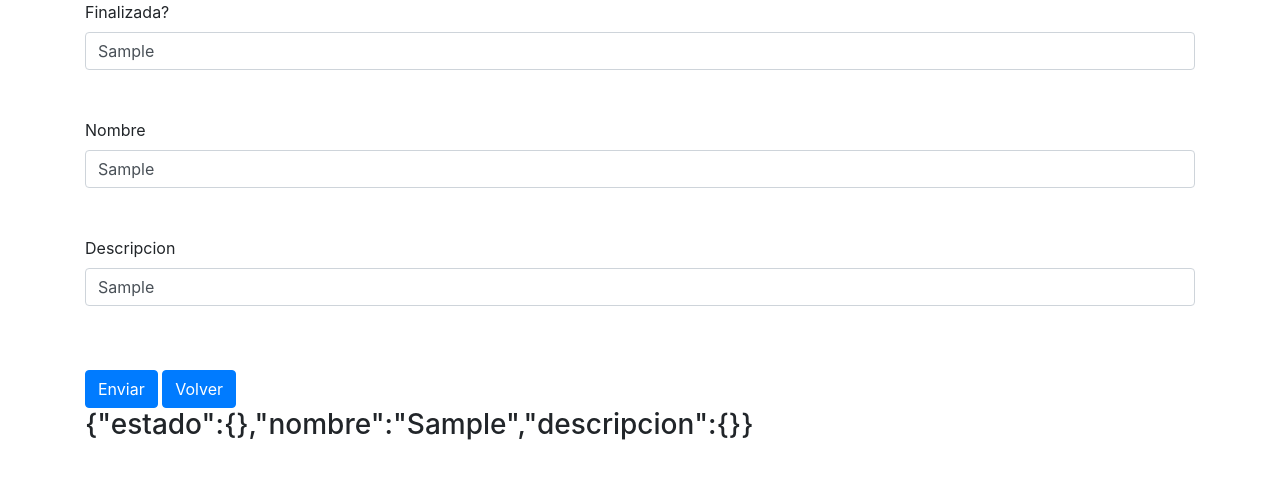
Repository: Alemartinez97/New-Repository
Page: programacion-3/tp4/tareas/formulario/form.html
The author's editor kept a copy of each file at every save. The page is drawn from the files as they stood at one save, then again after the next save.
The browser window is 1280 px wide. The pictures show the whole page.
Empty fields were first filled with sample values (such as "Sample", 5 or name@example.com).
After loading, the first visible `button.btn` was clicked once.

Above is the page before, as saved 2020-06-11 15:56:43.

After the next save:
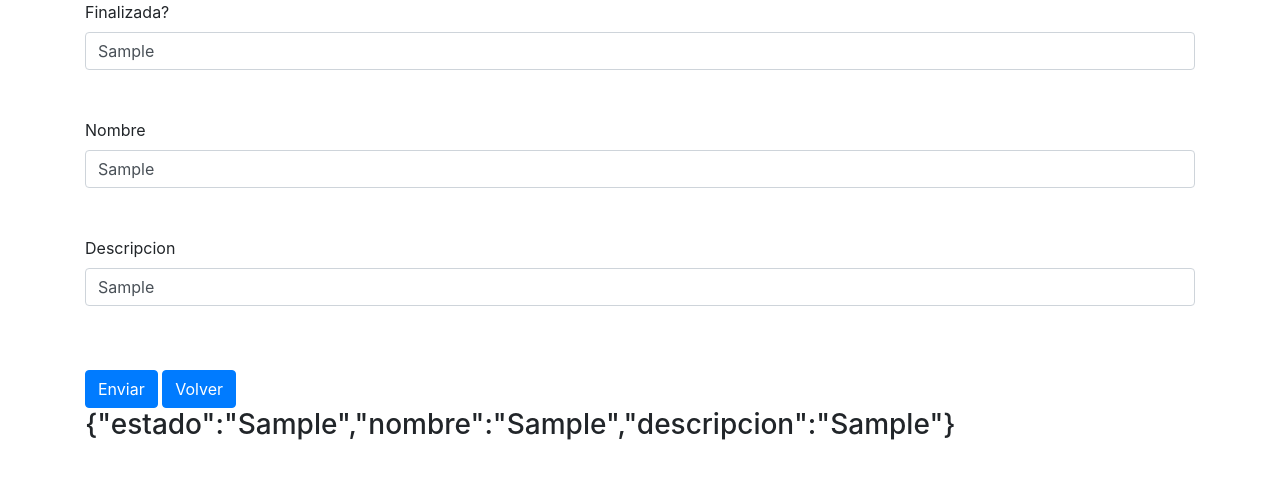
Saved 103 s later.
--- a/programacion-3/tp4/js/tarea.js
+++ b/programacion-3/tp4/js/tarea.js
@@ -1,9 +1,9 @@
 function enviarDatos() {
 
 
-    let codigo = document.getElementById("estado").value;
+    let estado = document.getElementById("estado").value;
     let nombre = document.getElementById("nombre").value;
-    let marca = document.getElementById("descripcion").value;
+    let descripcion = document.getElementById("descripcion").value;
 
     let request = { estado: estado, nombre: nombre, descripcion: descripcion};
 
